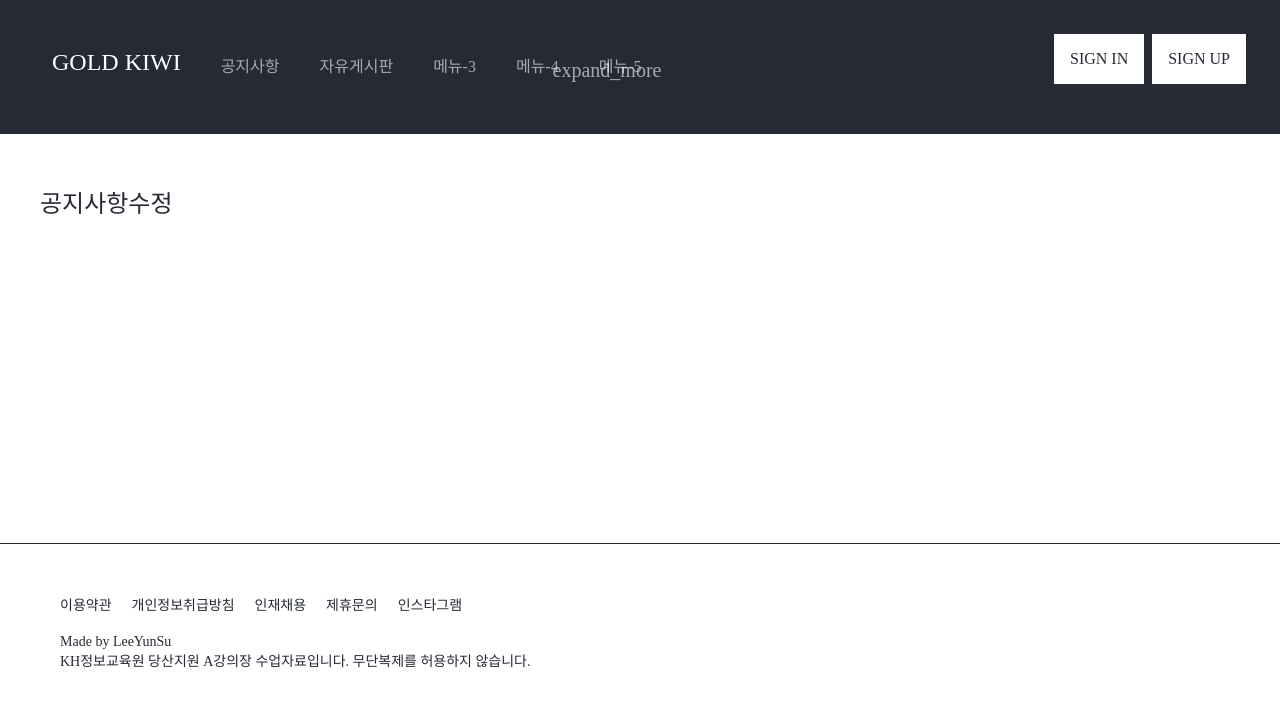
Repository: RiboKim/web-workspace
Page: http://localhost/07_mvc2WebProject/WEB-INF/views/notice/noticeUpdateFrm.jsp
These files come from the project's save history. The page is drawn as it stood at one moment and after the next save; the edit follows.
The browser window is 1280 px wide. The pictures show the whole page.
Some web fonts or font styles are not loaded; a fallback is used. The page is served by Tomcat 9. Nobody is signed in. Other server files are loaded and not shown. The template is opened directly, without the code that normally fills it, so the values that code supplies are empty.

Above is the page before, as saved 2023-02-17 07:15:10.

### 07_mvc2WebProject/src/main/webapp/WEB-INF/views/notice/noticeUpdateFrm.jsp
<%@page import="kr.or.iei.notice.model.vo.Notice"%>
<%@ page language="java" contentType="text/html; charset=UTF-8"
    pageEncoding="UTF-8"%>
    <%
    Notice n = (Notice)request.getAttribute("n");
    %>
<!DOCTYPE html>
<html>
<head>
<meta charset="UTF-8">
<title>Insert title here</title>
</head>
<body>
	<%@include file="/WEB-INF/views/common/header.jsp" %>
	<div class="page-content">
		<div class="page-title">공지사항수정</div>
		<form action="/noticeUpdate.do" method="post" enctype="multipart/form-data"></form>
	</div>
	<%@include file="/WEB-INF/views/common/footer.jsp" %>
</body>
</html>

### 07_mvc2WebProject/src/main/webapp/WEB-INF/views/common/header.jsp
<%@page import="kr.or.iei.member.model.vo.Member"%>
<%@ page language="java" contentType="text/html; charset=UTF-8"
    pageEncoding="UTF-8"%>
    <%
    	Member m = (Member)session.getAttribute("m");
    %>

	<!-- 구글 아이콘 -->
    <link href="https://fonts.googleapis.com/icon?family=Material+Icons" rel="stylesheet">
    <!-- jquery -->
    <script src="/js/jquery-3.6.0.js"></script>
    <!-- 기본 CSS -->
    <link rel="stylesheet" href="/css/default.css" />
    <!-- 기본 js -->
    <script src="/js/default.js"></script>

    <header>
      <div class="site-logo">
        <a href="/">GOLD KIWI</a>
      </div>
      <nav>
        <ul class="navi">
          <li><a href="/noticeList.do?requestPage=1">공지사항</a></li>
          <li><a href="/boardList.do">자유게시판</a></li>
          <li><a href="#">메뉴-3</a></li>
          <li><a href="#">메뉴-4</a></li>
          <li>
			<a href="#">메뉴-5</a>
            <ul class="sub-navi">
              <li><a href="#">sub-1</a></li>
              <li><a href="#">sub-2</a></li>
              <li><a href="#">sub-3</a></li>
            </ul>
           </li>
        </ul>
      </nav>
      <div class="header-link">
      <%if(m == null){ %>
        <button class="btn bc11 modal-open-btn" target="#login-modal">SIGN IN</button>
        <a class="btn bc11" href="/signupFrm.do">SIGN UP</a>
      <%}else{ %>
      <%--<a class="btn bc11" href="/mypage1.do"><%=m.getMemberName() %></a> --%>
      <%--memberId를 mypage2.do로 넘겨주는거 --%>
      <a class="btn bc11" href="/mypage2.do?memberId=<%=m.getMemberId() %>"><%=m.getMemberName() %></a>

      <a class="btn bc11" href="/logout.do">LOGOUT</a>
      <%} %>
      </div>
    </header>
    <%if(m == null) {%>
    <div id="login-modal" class="modal-bg">
      <div class="modal-wrap">
        <div class="modal-head">
          <h2>SIGN IN</h2>
          <span class="material-icons close-icon modal-close">close</span>
        </div>
        <form action="/signin.do" method="post">
        <div class="modal-content">
          <div class="input-box">
          	<label for="signId">아이디</label>
          	<input type="text" name="signId" id="signId" class="input-form" placeholder="아이디입력">
          </div>
          <div class="input-box">
          	<label for="signPw">비밀번호</label>
          	<input type="password" name="signPw" id="signPw" class="input-form" placeholder="비밀번호입력">
          </div>
          <div class="input-box link-box">
          	<a href="#">아이디/비밀번호 찾기</a>
          </div>
        </div>
        <div class="modal-foot">
          <button type="submit" class="btn bc11">로그인</button>
          <button type="button" class="btn bc1 modal-close">취소</button>
        </div>
        </form>
      </div>
    </div>
    <%}%>

### 07_mvc2WebProject/src/main/webapp/WEB-INF/views/common/footer.jsp
<%@ page language="java" contentType="text/html; charset=UTF-8"
    pageEncoding="UTF-8"%>
	<footer>
      <div class="footer-content">
        <ul>
          <li><a href="#">이용약관</a></li>
          <li><a href="#">개인정보취급방침</a></li>
          <li><a href="#">인재채용</a></li>
          <li><a href="#">제휴문의</a></li>
          <li><a href="#">인스타그램</a></li>
        </ul>
        <p>Made by LeeYunSu</p>
        <p>
          KH정보교육원 당산지원 A강의장 수업자료입니다. 무단복제를 허용하지
          않습니다.
        </p>
      </div>
    </footer>

### 07_mvc2WebProject/src/main/webapp/css/default.css
/* 사용할 font 선언 */
@font-face {
  font-family: ns-thin;
  src: url(../font/NotoSansKR-Thin.otf);
}
@font-face {
  font-family: ns-light;
  src: url(../font/NotoSansKR-Light.otf);
}
@font-face {
  font-family: ns-m;
  src: url(../font/NotoSansKR-Medium.otf);
}
@font-face {
  font-family: ns-bold;
  src: url(../font/NotoSansKR-Bold.otf);
}
@font-face {
  font-family: ns-black;
  src: url(../font/NotoSansKR-Black.otf);
}
/*
    사이트 사용 색상
    balck : #252A34
    darkgray : #393E46
    lightgray : #EEEEEE
    dark-mint : #00ADB5
    mint : #08D9D6
    point-red : #FF2E63
    point-pink : #F85F73
    point-violet : #892CDC
*/
/* 전체태그 기본 margin, padding 제거 */
/* 기본 글씨 색 및 폰트 설정 */

* {
  margin: 0;
  padding: 0;
  color: #252a34;
  font-family: ns-m;
}
body {
  display: flex;
  flex-direction: column;
  min-height: 100vh;
}
/* 기본화면 레이아웃 */
a {
  text-decoration: none;
}
header {
  background-color: #252a34;
  padding: 32px;
  display: flex;
  min-width: 1200px;
}
header > *:not(.header-link) {
  float: left;
}
header > .site-logo {
  padding: 0px 20px;
}
header > .site-logo > a {
  color: #fff;
  font-family: ns-bold;
  font-size: 24px;
  line-height: 60px;
}
header > nav {
  flex-grow: 1;
}

header > nav > .navi {
  list-style-type: none;
}
header > nav > .navi > li {
  float: left;
  position: relative;
}
header > nav > .navi > li > a {
  display: block;
  color: rgba(255, 255, 255, 0.6);
  padding: 5px 20px;
  transition-duration: 0.5s;
  line-height: 60px;
}
header > nav > .navi > li:hover > a,
header > nav > .navi > li:hover > a + span {
  color: rgba(255, 255, 255, 1);
}
header > nav > .navi > li:hover > .sub-navi {
  display : block;
}
header > nav .sub-navi {
  position: absolute;
  background-color: #fff;
  list-style-type: none;
  display: none;
  border: 1px solid rgba(0, 0, 0, 0.2);
  left: 10px;
  min-width: 10rem;
}
header > nav .sub-navi > li {
  padding: 0.25rem 1rem;
}
header > nav .sub-navi > li > a {
  display: block;
}
header > nav .sub-navi > li:hover {
  background-color: rgba(0, 0, 0, 0.05);
}
.material-icons.dropdown {
  font-size: 20px;
  color: rgba(255, 255, 255, 0.6);
  position: absolute;
  right: 0px;
  top: 27px;
  transition-duration: 0.5s;
}
.material-icons.dropdown:hover {
  cursor: pointer;
}
.page-content {
  width: 1200px;
  margin: 30px auto;
  margin-bottom: 10px;
  flex-grow: 1;
}
.page-title {
  font-family: ns-bold;
  padding: 20px 0px;
  font-size: 1.5rem;
}
footer {
  padding: 50px;
  border-top: 1px solid #252a34;
}
footer > .footer-content {
  width: 1200px;
  margin: 0 auto;
  padding: 0px 10px;
}
footer > .footer-content * {
  font-size: 14px;
}
footer > .footer-content > ul {
  list-style-type: none;
  overflow: hidden;
  margin-bottom: 20px;
}
footer > .footer-content > ul > li {
  float: left;
}
footer > .footer-content > ul > li > a {
  padding-right: 20px;
}

/* font 클래스*/
.f-thin {
  font-family: ns-thin;
}
.f-light {
  font-family: ns-light;
}
.f-medium {
  font-family: ns-m;
}
.f-bold {
  font-family: ns-bold;
}
.f-black {
  font-family: ns-black;
}

/* 글씨 색 */
.fc-1 {
  color: #252a34;
}
.fc-2 {
  color: #393e46;
}
.fc-3 {
  color: #eeeeee;
}
.fc-4 {
  color: #00adb5;
}
.fc-5 {
  color: #08d9d6;
}
.fc-6 {
  color: #ff2e63;
}
.fc-7 {
  color: #f85f73;
}
.fc-8 {
  color: #892cdc;
}

/* 배경 색*/
.bg-1 {
  background-color: #252a34;
}
.bg-2 {
  background-color: #393e46;
}
.bg-3 {
  background-color: #eeeeee;
}
.bg-4 {
  background-color: #00adb5;
}
.bg-5 {
  background-color: #08d9d6;
}
.bg-6 {
  background-color: #ff2e63;
}
.bg-7 {
  background-color: #f85f73;
}
.bg-8 {
  background-color: #892cdc;
}

/* 테이블 디자인 */
.tbl {
  width: 100%;
  border-spacing: 0px;
  border-collapse: collapse;
}
.tbl th,
.tbl td {
  padding: 1rem;
  text-align: center;
}
.tbl .tr-1 {
  background-color: rgba(255, 255, 255, 1);
}
.tbl .tr-2 {
  background-color: rgba(57, 62, 70, 0.1);
}
.tbl .tr-3 {
  background-color: rgba(0, 173, 181, 0.1);
}
.tbl .tr-4 {
  background-color: rgba(137, 44, 220, 0.1);
}
.tbl .tr-5 {
  background-color: rgba(255, 46, 999, 0.1);
}
.tbl .td-1 {
  background-color: rgba(255, 255, 255, 1);
}
.tbl .td-2 {
  background-color: rgba(57, 62, 70, 0.1);
}
.tbl .td-3 {
  background-color: rgba(0, 173, 181, 0.1);
}
.tbl .td-4 {
  background-color: rgba(137, 44, 220, 0.1);
}
.tbl .td-5 {
  background-color: rgba(255, 46, 999, 0.1);
}
.tbl.tbl-hover .tr-1:hover {
  background-color: rgba(0, 0, 0, 0.05);
}
.tbl.tbl-hover .tr-2:hover {
  background-color: rgba(57, 62, 70, 0.15);
}
.tbl.tbl-hover .tr-3:hover {
  background-color: rgba(0, 173, 181, 0.15);
}
.tbl.tbl-hover .tr-4:hover {
  background-color: rgba(137, 44, 220, 0.15);
}
.tbl.tbl-hover .tr-5:hover {
  background-color: rgba(255, 46, 999, 0.15);
}

/* 버튼 디자인 */
.btn {
  border: none;
  padding: 1rem;
  display: inline-block;
  box-sizing: border-box;
  transition-duration: 0.5s;
  font-size: 16px;
  font-family: ns-light;
}
.bc1 {
  background-color: rgba(37, 42, 52, 0.9);
  color: #fff;
  border: 2px solid rgba(37, 42, 52, 0.9);
}
.bc1:hover {
  background-color: rgba(37, 42, 52, 1);
  cursor: pointer;
}
.bc2 {
  background-color: rgba(57, 62, 70, 0.9);
  color: #fff;
  border: 2px solid rgba(57, 62, 70, 0.9);
}
.bc2:hover {
  background-color: rgba(57, 62, 70, 1);
  cursor: pointer;
}
.bc3 {
  background-color: rgba(238, 238, 238, 0.9);
  color: #252a34;
  border: 2px solid rgba(238, 238, 238, 0.9);
}
.bc3:hover {
  background-color: rgba(238, 238, 238, 1);
  cursor: pointer;
}
.bc4 {
  background-color: rgba(0, 173, 181, 0.9);
  color: #fff;
  border: 2px solid rgba(0, 173, 181, 0.9);
}
.bc4:hover {
  background-color: rgba(0, 173, 181, 1);
  cursor: pointer;
}
.bc5 {
  background-color: rgba(8, 217, 214, 0.9);
  color: #fff;
  border: 2px solid rgba(8, 217, 214, 0.9);
}
.bc5:hover {
  background-color: rgba(8, 217, 214, 1);
  cursor: pointer;
}
.bc6 {
  background-color: rgba(255, 46, 99, 0.9);
  color: #fff;
  border: 2px solid rgba(255, 46, 99, 0.9);
}
.bc6:hover {
  background-color: rgba(255, 46, 99, 1);
  cursor: pointer;
}
.bc7 {
  background-color: rgba(248, 95, 115, 0.9);
  color: #fff;
  border: 2px solid rgba(248, 95, 115, 0.9);
}
.bc7:hover {
  background-color: rgba(248, 95, 115, 1);
  cursor: pointer;
}
.bc8 {
  background-color: rgba(137, 44, 220, 0.9);
  color: #fff;
  border: 2px solid rgba(137, 44, 220, 0.9);
}
.bc8:hover {
  background-color: rgba(137, 44, 220, 1);
  cursor: pointer;
}
.bc11 {
  color: rgba(37, 42, 52, 1);
  background-color: #fff;
  border: 2px solid rgba(37, 42, 52, 1);
}
.bc11:hover {
  background-color: rgba(37, 42, 52, 1);
  cursor: pointer;
  color: #fff;
}
.bc22 {
  color: rgba(57, 62, 70, 1);
  background-color: #fff;
  border: 2px solid rgba(57, 62, 70, 1);
}
.bc22:hover {
  background-color: rgba(57, 62, 70, 1);
  cursor: pointer;
  color: #fff;
}
.bc33 {
  color: rgba(37, 42, 52, 1);
  background-color: #fff;
  border: 2px solid rgba(238, 238, 238, 1);
}
.bc33:hover {
  background-color: rgba(238, 238, 238, 1);
  cursor: pointer;
  color: rgba(37, 42, 52, 1);
}
.bc44 {
  color: rgba(0, 173, 181, 1);
  background-color: #fff;
  border: 2px solid rgba(0, 173, 181, 1);
}
.bc44:hover {
  background-color: rgba(0, 173, 181, 1);
  color: #fff;
  cursor: pointer;
}
.bc55 {
  color: rgba(8, 217, 214, 1);
  background-color: #fff;
  border: 2px solid rgba(8, 217, 214, 1);
}
.bc55:hover {
  background-color: rgba(8, 217, 214, 1);
  color: #fff;
  cursor: pointer;
}
.bc66 {
  color: rgba(255, 46, 99, 1);
  background-color: #fff;
  border: 2px solid rgba(255, 46, 99, 1);
}
.bc66:hover {
  background-color: rgba(255, 46, 99, 1);
  color: #fff;
  cursor: pointer;
}
.bc77 {
  color: rgba(248, 95, 115, 1);
  background-color: #fff;
  border: 2px solid rgba(248, 95, 115, 1);
}
.bc77:hover {
  background-color: rgba(248, 95, 115, 1);
  color: #fff;
  cursor: pointer;
}
.bc88 {
  color: rgba(137, 44, 220, 1);
  background-color: #fff;
  border: 2px solid rgba(137, 44, 220, 1);
}
.bc88:hover {
  background-color: rgba(137, 44, 220, 1);
  color: #fff;
  cursor: pointer;
}
.bs1 {
  padding: 1rem;
}
.bs2 {
  padding: 1.5rem;
  font-size: 1.1em;
}
.bs3 {
  padding: 2rem;
  font-size: 1.2em;
}
.bs4 {
  width: 100%;
  padding: 2rem;
  font-size: 1.2em;
}
/* input 디자인 */
.input-form {
  width: 100%;
  display: block;
  padding: 0.8rem;
  background-color: #fff;
  outline: none;
  border: 1px solid #ccc;

  box-sizing: border-box;
}
.input-form:focus {
  box-shadow: 0 0 0 0.1rem #eee;
}

textarea.input-form {
  resize: none;
  min-height: 300px;
}
.input-form:read-only:not(select),
.input-form:disabled {
  background-color: #f7f7f9;
}
/* 페이징 디자인 */
.pagination {
  list-style-type: none;
  display: flex;
  justify-content: center;
  align-items: center;
}
.pagination > li {
  width: 40px;
  height: 40px;
  text-align: center;
  line-height: 40px;
  overflow: hidden;
}
.pagination.circle-style > li {
  border-radius: 50%;
}
.pagination > li > a.page-item {
  display: block;
  width: 100%;
  height: 100%;
  font-size: 18px;
}
.pagination > li > a.page-item > span.material-icons {
  display: block;
  width: 100%;
  height: 100%;
  line-height: 40px;
}
.pagination .page-item.active-page {
  background-color: #252a34;
  color: #fff;
}
/*게시물 표현*/
.posting-wrap {
  display: flex;
  flex-wrap: wrap;
}
.posting-wrap .posting-item {
  box-sizing: border-box;
  width: calc(100% / 5);
  padding: 20px;
}
.posting-wrap .posting-item .posting-img img {
  width: 100%;
  height: 200px;
}
.posting-wrap .posting-item .posting-content {
  width: 80%;
  margin: 0 auto;
}
.posting-wrap .posting-item:hover {
  box-shadow: 0 2px 10px 0 rgba(0, 0, 0, 0.2);
}
/* 댓글 */
.posting-comment {
  display: flex;
  border-top: 2px solid #ccc;

  list-style-type: none;
}
.posting-comment > li {
  box-sizing: border-box;
}
.posting-comment > li:first-child {
  width: 15%;
  display: flex;
  justify-content: center;
  align-items: center;
  min-height: 100px;
  border-right: 1px solid #ccc;
}
.posting-comment.reply > li:first-child {
  width: 20%;
}
.posting-comment > li:first-child .material-icons {
  font-size: 80px;
  color: #ccc;
}
.posting-comment.reply > li:first-child .material-icons:first-child {
  font-size: 40px;
  color: #ccc;
}
.posting-comment.reply > li:last-child {
  display: flex;
  flex-direction: column;
  width: 80%;
}
.posting-comment > li:last-child {
  display: flex;
  flex-direction: column;
  width: 85%;
}
.posting-comment > li:last-child > p {
  width: 100%;
  padding: 5px;
  box-sizing: border-box;
}
.posting-comment > li:last-child > .comment-info > span {
  padding: 0px 10px;
}
.posting-comment > li:last-child > .comment-info > span:not(:last-child) {
  border-right: 2px solid #ccc;
}
.posting-comment > li:last-child > .comment-content {
  padding: 0px 15px;
}
.posting-comment > li:last-child > .comment-link {
  text-align: right;
}
.posting-comment > li:last-child > .comment-link > a {
  margin: 0px 5px;
}
.posting-comment > li:last-child > .comment-link > a:hover {
  text-decoration: underline;
}

/*모달*/
.modal-bg {
  background-color: rgba(0, 0, 0, 0.3);
  position: fixed;
  width: 100%;
  height: 100vh;
  display: none;
  align-items: center;
  flex-direction: column;
}
.modal-wrap {
  margin-top: 150px;
  width: 600px;
  background: #fff;
  height: auto;
}
.modal-wrap div {
  padding: 1rem;
}
.modal-wrap div:not(:last-child) {
  border-bottom: 1px solid #ccc;
}
.modal-wrap .modal-foot {
  text-align: right;
}
.modal-wrap div.modal-head {
  position: relative;
}
.close-icon {
  position: absolute;
  top: 16px;
  right: 16px;
  font-size: 30px;
}
.close-icon:hover {
  cursor: pointer;
}

### 07_mvc2WebProject/src/main/webapp/js/default.js
$(function () {
  $(document).on("click", ".modal-open-btn", function () {
    $($(this).attr("target")).css("display", "flex");
  });
  $(document).on("click", ".modal-close", function () {
    $(this).parents(".modal-wrap").parent().css("display", "none");
  });
  $(".sub-navi").prev().after("<span class='material-icons dropdown'>expand_more</span>");
});
function alertFunc(icon){
	swal({
        title: '제목',
        text: '내용내용내용',
        icon: icon
      });
      //이후 페이지 이동 시 추가
      /*
      .then(function(){
    	 window.location = "${loc}";
      });
      */
}

Loaded but not shown: 07_mvc2WebProject/src/main/webapp/js/jquery-3.6.0.js (library)

After the next save:
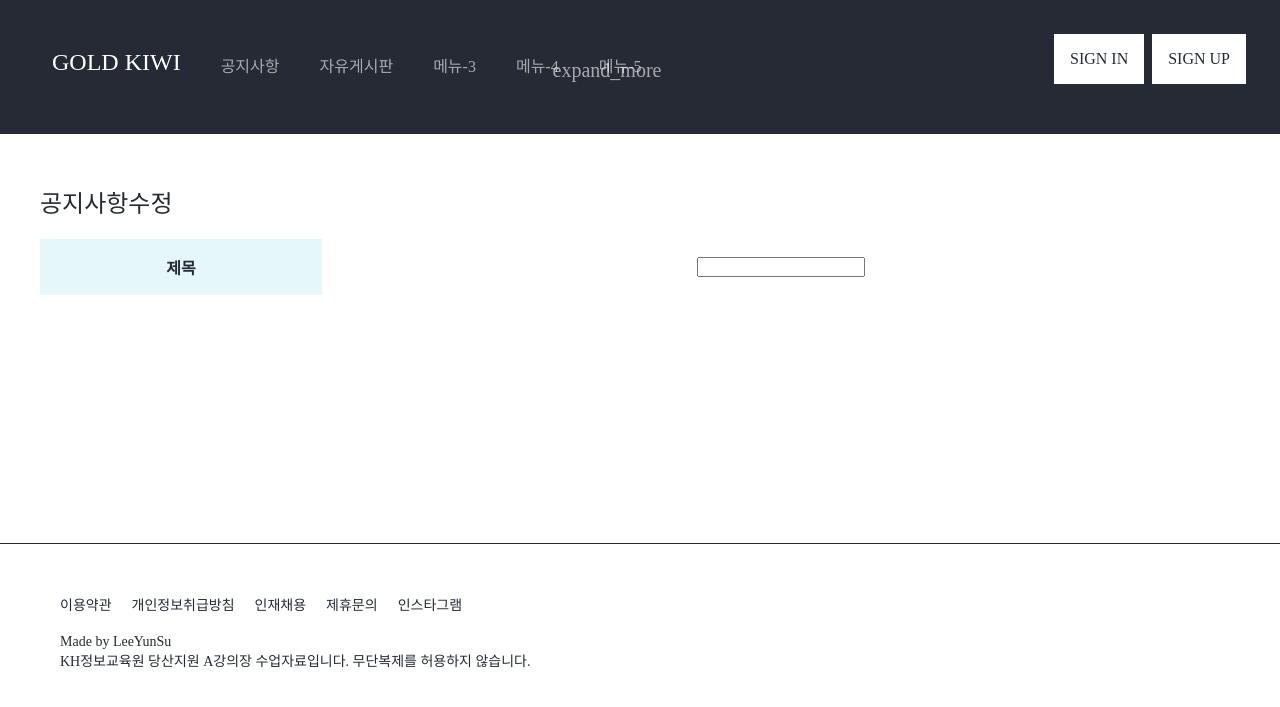
Saved 2 min 14 s later.
--- a/07_mvc2WebProject/src/main/webapp/WEB-INF/views/notice/noticeUpdateFrm.jsp
+++ b/07_mvc2WebProject/src/main/webapp/WEB-INF/views/notice/noticeUpdateFrm.jsp
@@ -14,7 +14,16 @@
 	<%@include file="/WEB-INF/views/common/header.jsp" %>
 	<div class="page-content">
 		<div class="page-title">공지사항수정</div>
-		<form action="/noticeUpdate.do" method="post" enctype="multipart/form-data"></form>
+		<form action="/noticeUpdate.do" method="post" enctype="multipart/form-data">
+			<table class="tbl" id="noticeUpdateFrm">
+				<tr class="tr-1">
+					<th class="td-3">제목</th>
+					<td>
+						<input type="text" name="noticeTitle"
+					</td>
+				</tr>
+			</table>
+		</form>
 	</div>
 	<%@include file="/WEB-INF/views/common/footer.jsp" %>
 </body>
